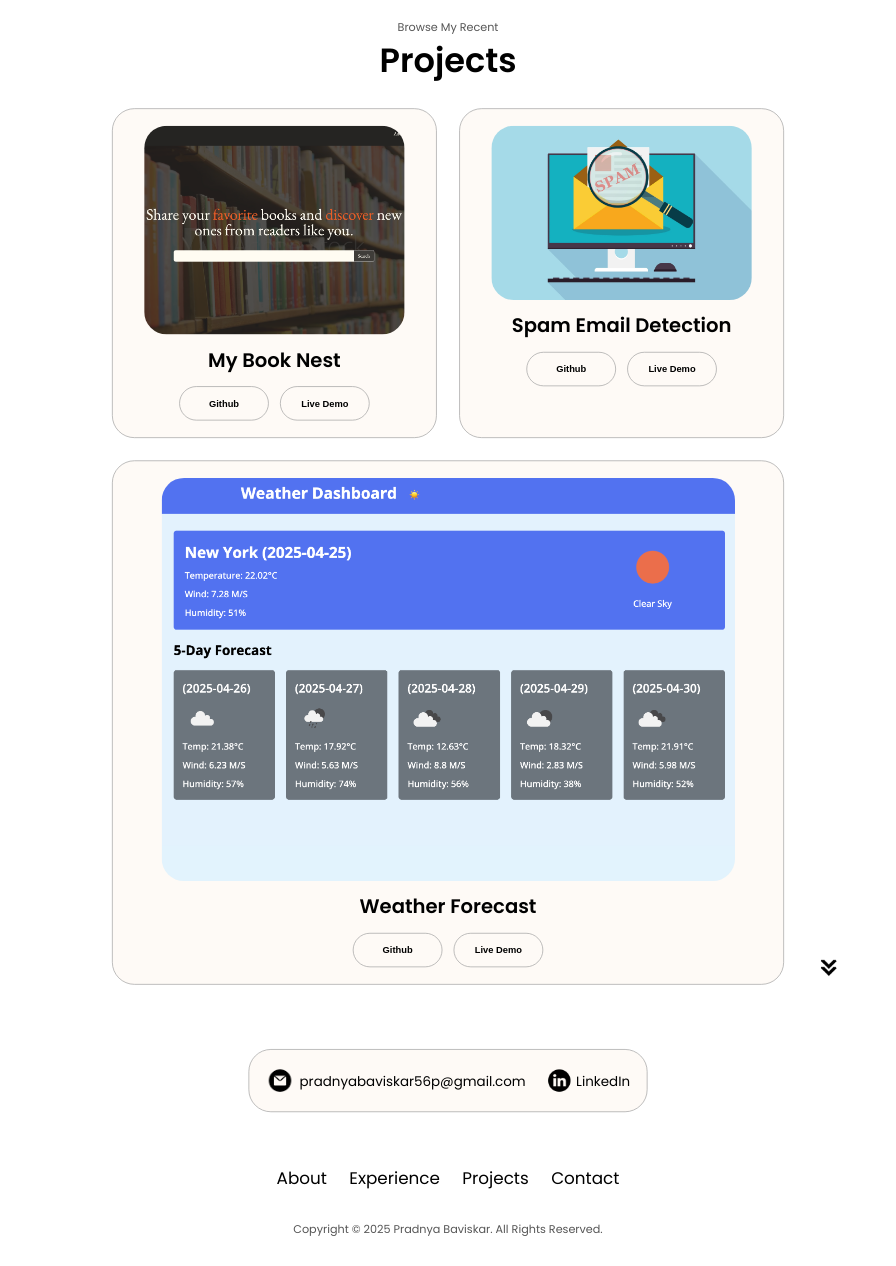
Repository: Pradnya-07/Portfolio-Pradnya
Page: index.html
These files come from the project's save history. The page is drawn as it stood at one moment and after the next save; the edit follows.
The browser window is 1280 px wide. The pictures show the part of the page from y = 2664 to 4584 px (the page is 4473 px tall before and 4584 px after), at 70% of full size.

Above is the page before, as saved 2025-04-26 14:01:16.

After the next save:
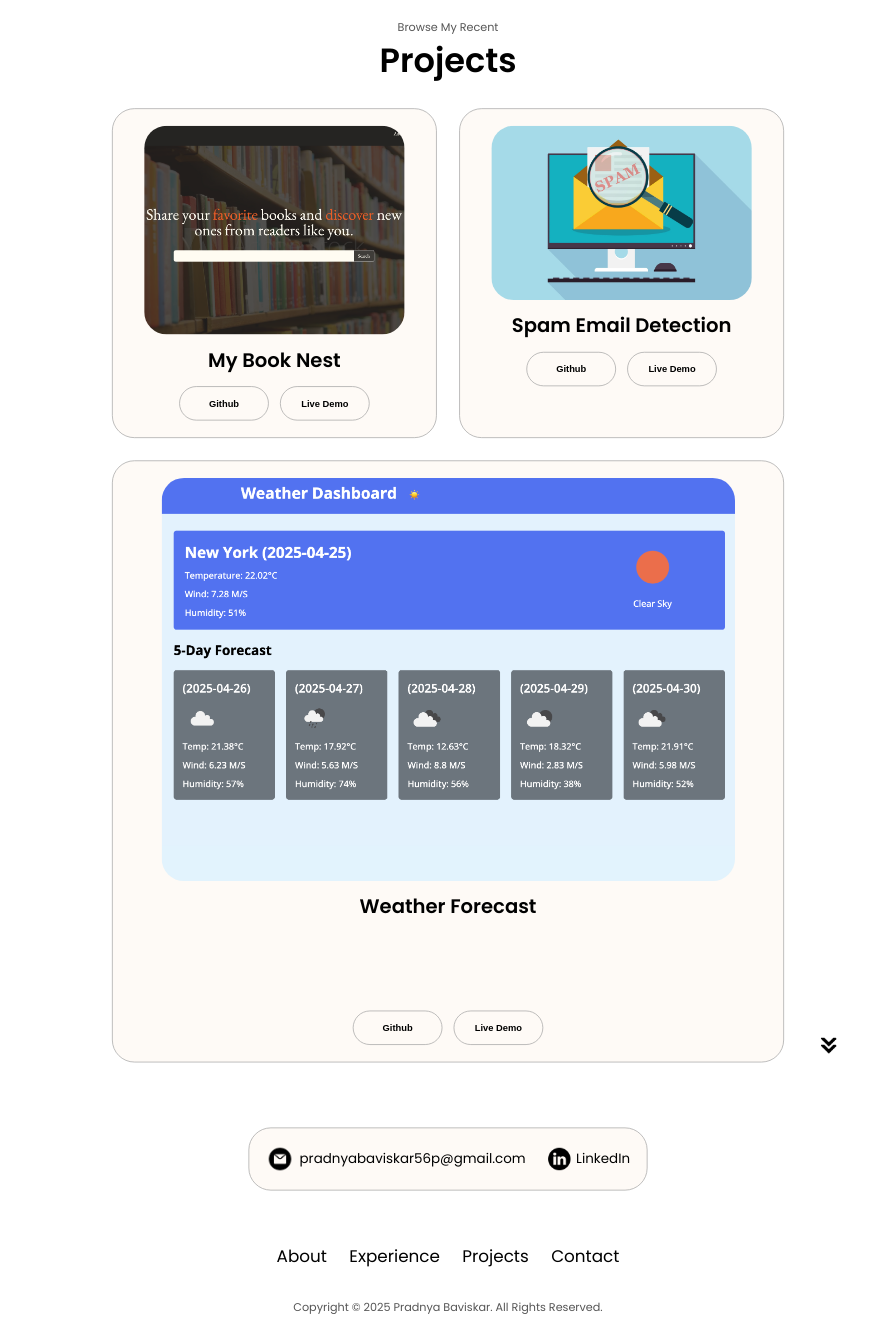
Saved 17 s later.
--- a/index.html
+++ b/index.html
@@ -361,7 +361,7 @@
               />
             </div>
             <h2 class="experience-sub-title project-title">Weather Forecast</h2>
-            <div class="btn-container" style="margin-top: 1%;">
+            <div class="btn-container" style="margin-top: 14%;">
               <button
                 class="btn btn-color-2 project-btn"
                 onclick="location.href='https://github.com/Pradnya-07/Weather-Dashboard'"
